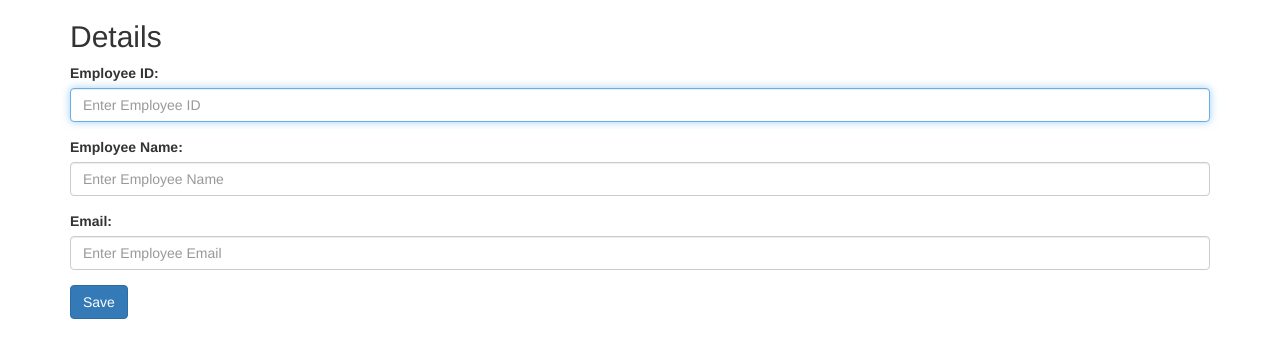
Repository: priyankajainmodi/JsonPowerDB
Page: index.html
These files come from the project's save history. The page is drawn as it stood at one moment and after the next save; the edit follows.
The browser window is 1280 px wide. The pictures show the whole page.

Above is the page before, as saved 2022-06-15 15:56:13.

After the next save:
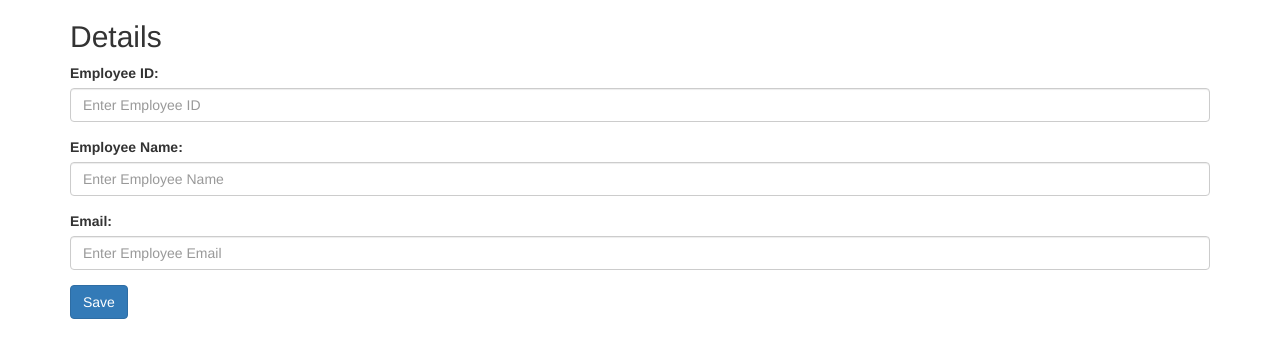
Console error: SyntaxError: Illegal return statement
Not found: login2explore.com/jpdb/resources/js/0.0.3/jpdb-commons.js
Saved 29 min 16 s later.
--- a/index.html
+++ b/index.html
@@ -7,6 +7,7 @@
     <link rel="stylesheet" href="https://maxcdn.bootstrapcdn.com/bootstrap/3.4.1/css/bootstrap.min.css">
     <script src="https://ajax.googleapis.com/ajax/libs/jquery/3.5.1/jquery.min.js"></script>
     <script src="https://maxcdn.bootstrapcdn.com/bootstrap/3.4.1/js/bootstrap.min.js"></script>
+    <script src="login2explore.com/jpdb/resources/js/0.0.3/jpdb-commons.js"></script>
 </head>
 
 <body>
@@ -58,34 +59,7 @@
             };
             return JSON.stringify(jsonStrObj);
         }
-        // This method is used to create PUT Json request.
-        function createPUTRequest(connToken, jsonObj, dbName, relName) {
-            var putRequest = "{\n" +
-                "\"token\" : \"" +
-                connToken +
-                "\"," +
-                "\"dbName\": \"" +
-                dbName +
-                "\",\n" + "\"cmd\" : \"PUT\",\n" +
-                "\"rel\" : \"" +
-                relName + "\"," +
-                "\"jsonStr\": \n" +
-                jsonObj +
-                "\n" +
-                "}";
-            return putRequest;
-        }
-
-        function executeCommand(reqString, dbBaseUrl, apiEndPointUrl) {
-            var url = dbBaseUrl + apiEndPointUrl;
-            var jsonObj;
-            $.post(url, reqString, function(result) {
-                jsonObj = JSON.parse(result);
-            }).fail(function(result) {
-                var dataJsonObj = result.responseText;
-                jsonObj = JSON.parse(dataJsonObj);
-            });
-            return jsonObj;
+        return jsonObj;
         }
 
         function resetForm() {
@@ -106,7 +80,7 @@
             jQuery.ajaxSetup({
                 async: false
             });
-            var resultObj = executeCommand(putReqStr,
+            var resultObj = executeCommandAtGivenBaseUrl(putReqStr,
                 "http://api.login2explore.com:5577", "/api/iml");
             alert(JSON.stringify(resultObj));
             jQuery.ajaxSetup({
